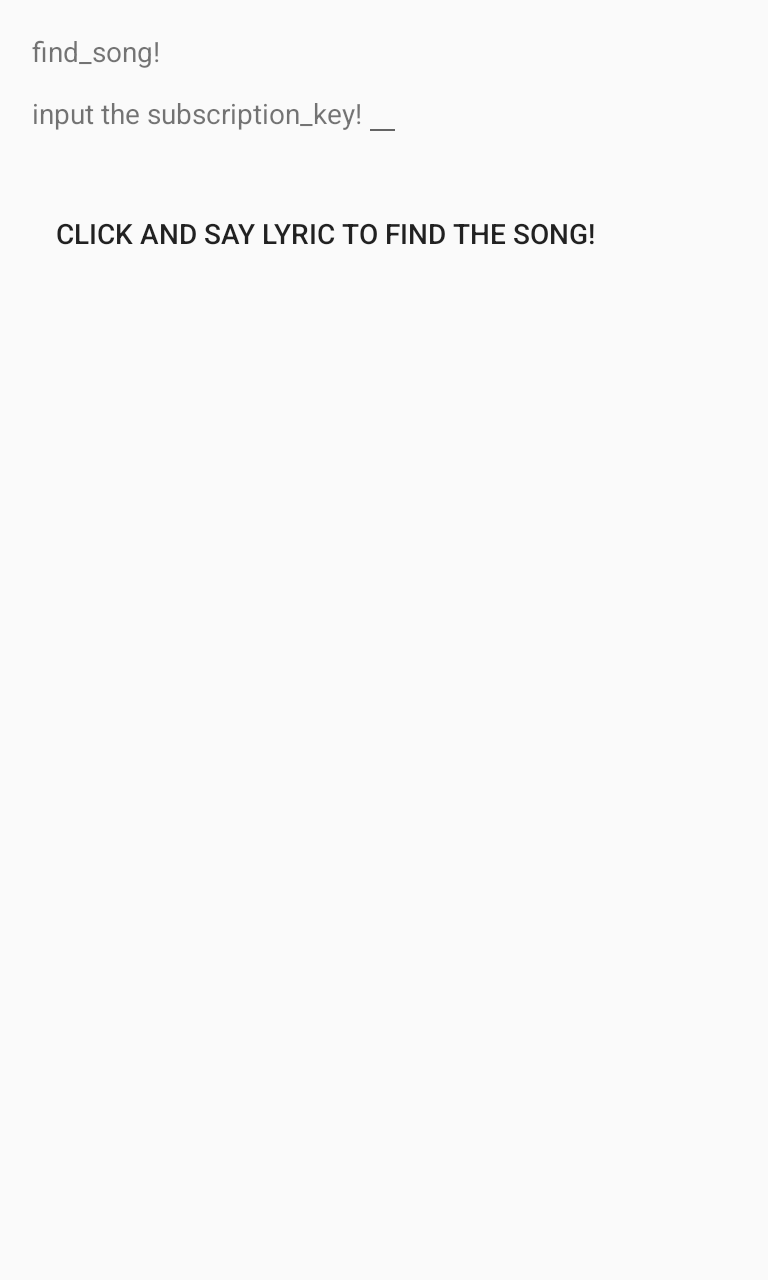
Repository: lyfhallelujah/nj
Layout: sound/sound/res/layout/activity_main.xml
These files come from the project's save history. The layout is drawn as it stood at one moment and after the next save; the edit follows.
It is drawn on a 768 x 1280 px phone screen (xhdpi) without system bars, with theme AppTheme; the app's code is not run. Lists and similar views that code fills are empty.

Above is the layout before, as saved 2015-12-01 15:45:01.

After the next save:
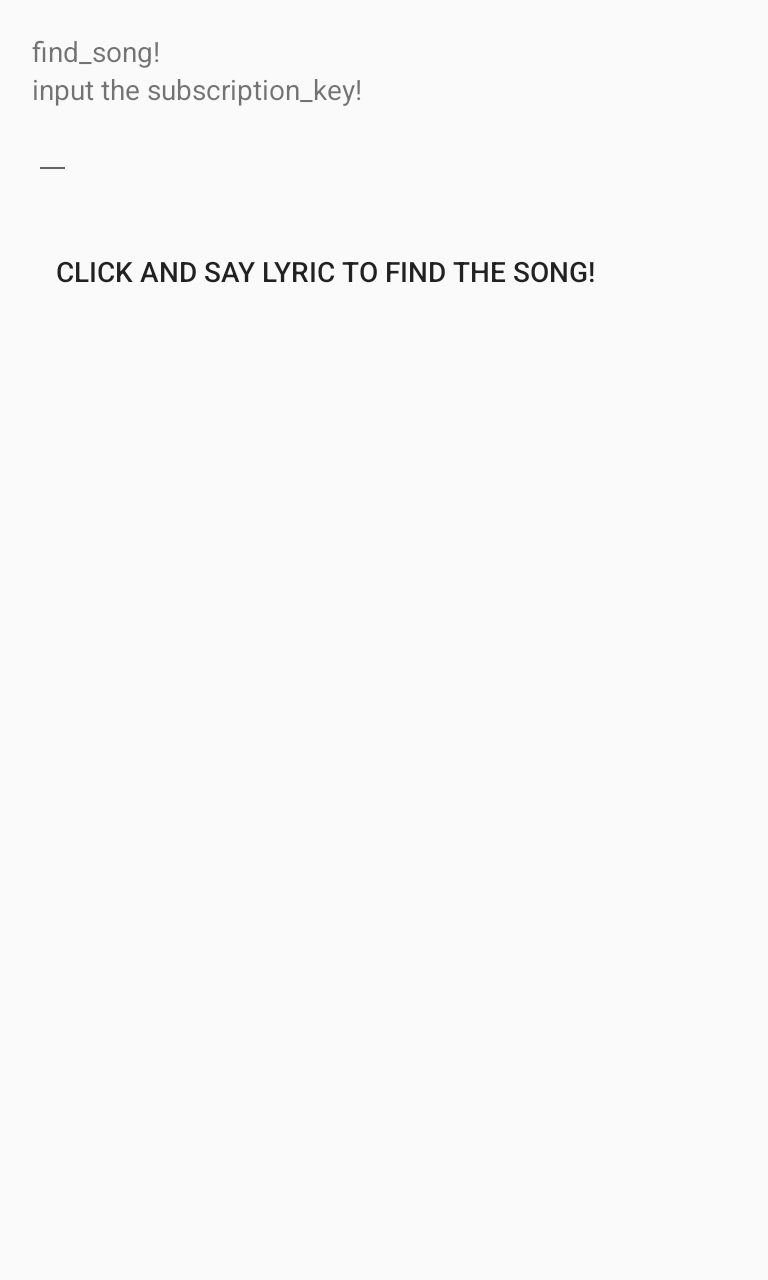
Saved 28 s later.
--- a/sound/sound/res/layout/activity_main.xml
+++ b/sound/sound/res/layout/activity_main.xml
@@ -18,7 +18,7 @@
     	<LinearLayout
             android:layout_width="fill_parent"
         	android:layout_height="wrap_content"
-        	android:orientation="vetical"  >
+        	android:orientation="vertical"  >
     	<TextView
         android:layout_width="wrap_content"
         android:layout_height="wrap_content"
